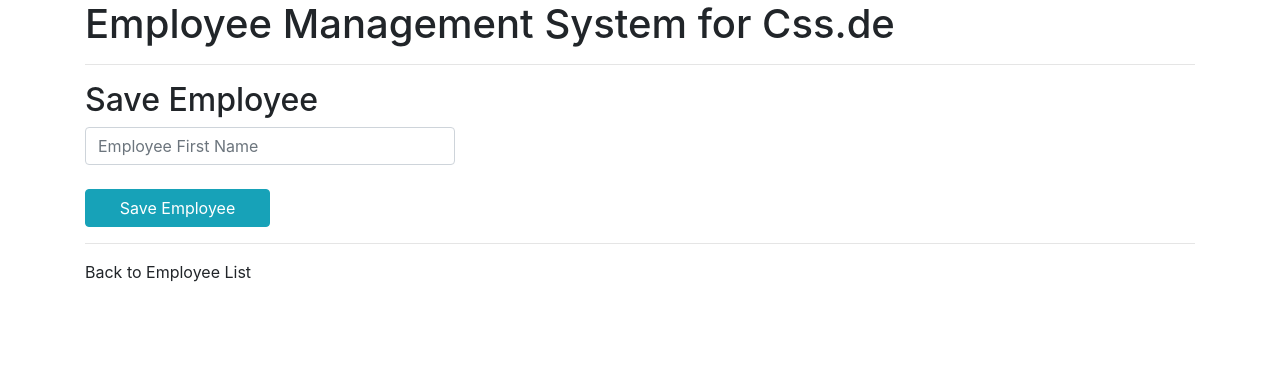
Repository: Len2/Topic4
Page: src/main/resources/templates/newIdCard.html
An editor plug-in stored every save of this project. The page is shown before and after the next save, followed by the edit.
The browser window is 1280 px wide. The pictures show the whole page.

Above is the page before, as saved 2020-09-06 16:05:40.

### src/main/resources/templates/newIdCard.html
<!DOCTYPE html>
<html lang="en" xmlns:th="http://www.thymeleaf.org">
<head>
<meta charset="ISO-8859-1">
<title>Employee Management System for Css.de</title>
<link rel="stylesheet"
	href="https://stackpath.bootstrapcdn.com/bootstrap/4.1.3/css/bootstrap.min.css"
	integrity="sha384-MCw98/SFnGE8fJT3GXwEOngsV7Zt27NXFoaoApmYm81iuXoPkFOJwJ8ERdknLPMO"
	crossorigin="anonymous">
</head>
<body>
	<div class="container">
		<h1>Employee Management System for Css.de</h1>
		<hr>
		<h2>Save Employee</h2>

		<form action="#" th:action="@{/saveIdCard}" th:object="${employee}"
			method="POST">
			<input type="text"
				placeholder="Employee First Name" class="form-control mb-4 col-4">

				<!-- <input type="text" th:field="*{lastName}"
				placeholder="Employee Last Name" class="form-control mb-4 col-4">

				<input type="text" th:field="*{email}"
				placeholder="Employee Email" class="form-control mb-4 col-4">
				 -->
				<button type="submit" class="btn btn-info col-2"> Save Employee</button>
		</form>

		<hr>

		<a th:href = "@{/}"> Back to Employee List</a>
	</div>
</body>
</html>

After the next save:
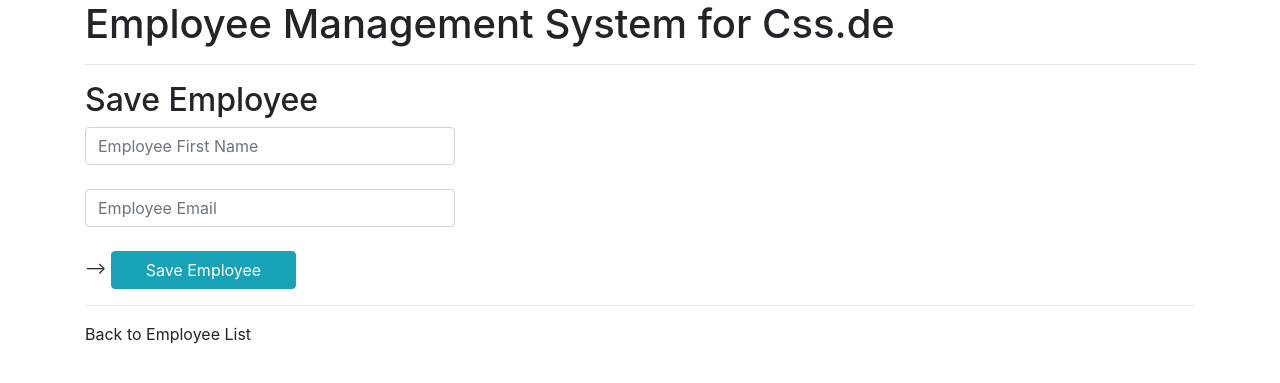
Saved 8 min 49 s later.
--- a/src/main/resources/templates/newIdCard.html
+++ b/src/main/resources/templates/newIdCard.html
@@ -19,8 +19,8 @@
 			<input type="text"
 				placeholder="Employee First Name" class="form-control mb-4 col-4">
 
-				<!-- <input type="text" th:field="*{lastName}"
-				placeholder="Employee Last Name" class="form-control mb-4 col-4">
+				<!-- <!-- <input type="text" th:field="*{lastName}"
+				placeholder="Employee Last Name" class="form-control mb-4 col-4"> -->
 
 				<input type="text" th:field="*{email}"
 				placeholder="Employee Email" class="form-control mb-4 col-4">

After the save that followed:
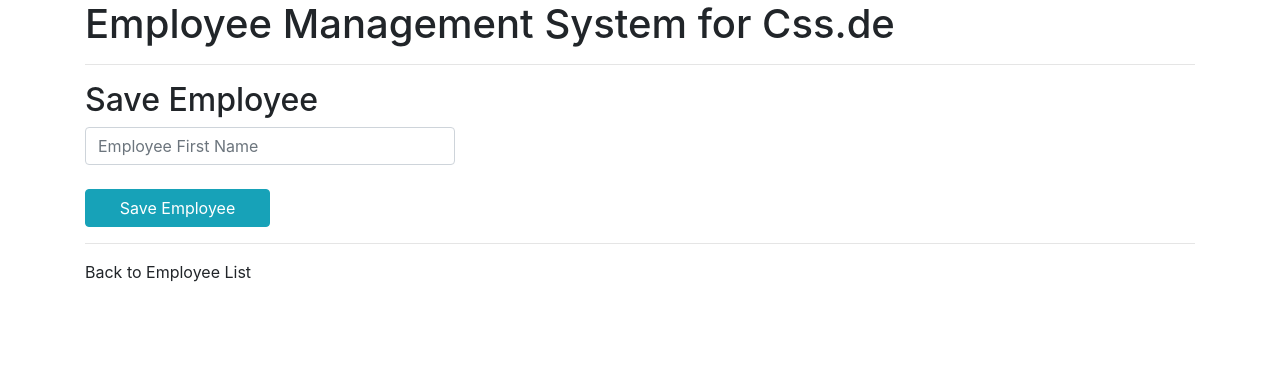
Saved 6 s later.
--- a/src/main/resources/templates/newIdCard.html
+++ b/src/main/resources/templates/newIdCard.html
@@ -16,11 +16,11 @@
 
 		<form action="#" th:action="@{/saveIdCard}" th:object="${employee}"
 			method="POST">
-			<input type="text"
+			<input type="text" th:field="*"
 				placeholder="Employee First Name" class="form-control mb-4 col-4">
 
-				<!-- <!-- <input type="text" th:field="*{lastName}"
-				placeholder="Employee Last Name" class="form-control mb-4 col-4"> -->
+				<!-- <input type="text" th:field="*{lastName}"
+				placeholder="Employee Last Name" class="form-control mb-4 col-4">
 
 				<input type="text" th:field="*{email}"
 				placeholder="Employee Email" class="form-control mb-4 col-4">
